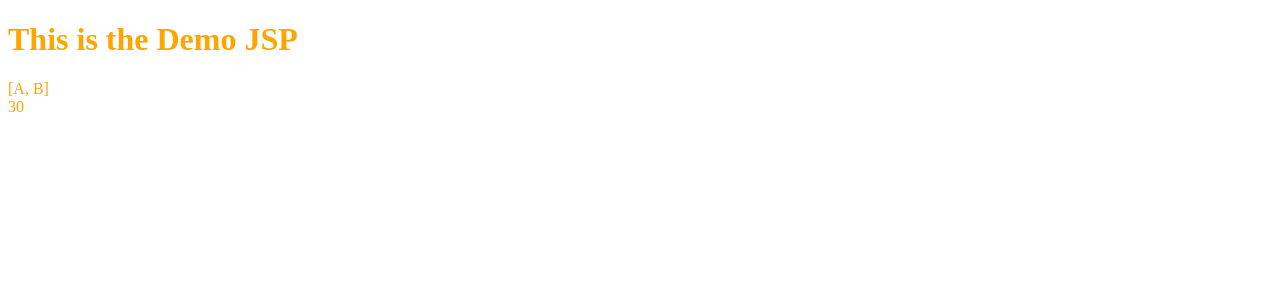
Repository: dannytayade1495/WEJM3
Page: http://localhost/servlets/TagDemo.jsp
These files come from the project's save history. The page is drawn as it stood at one moment and after the next save; the edit follows.
The browser window is 1280 px wide. The pictures show the whole page.
The page is served by Tomcat 9.

Above is the page before, as saved 2022-06-01 08:19:25.

After the next save:
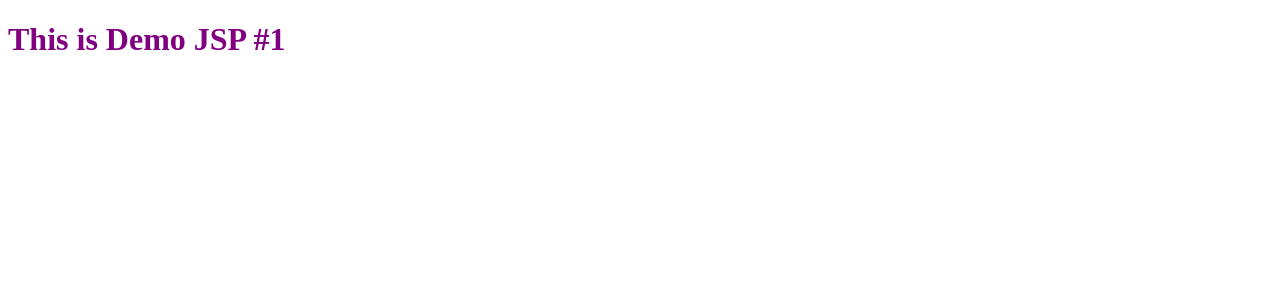
Saved 21 s later.
--- a/servlets/src/main/webapp/TagDemo.jsp
+++ b/servlets/src/main/webapp/TagDemo.jsp
@@ -1,6 +1,7 @@
 <%@page import="java.util.ArrayList"%>
 <%@page import="java.util.List"%>
 <%-- <jsp:include page="DemoJsp1.jsp"/> --%>
+<jsp:forward page="DemoJsp1.jsp"/>
 <%@ page language="java" contentType="text/html; charset=ISO-8859-1"
 	pageEncoding="ISO-8859-1"%>
 <%-- <%!String url = "https://www.google.co.in";%>
